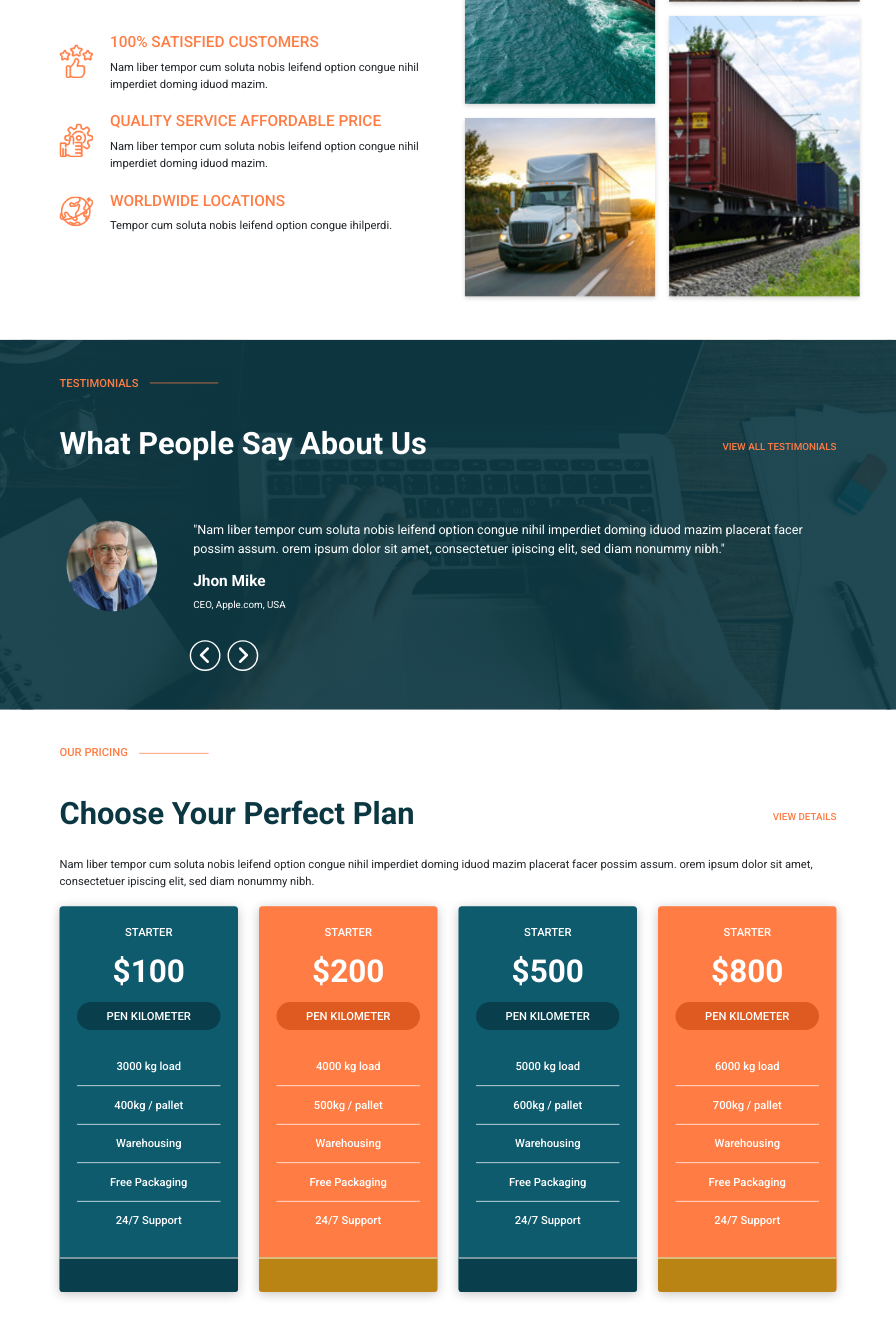
Repository: nazmulalok/shipping-theme
Page: index.html
These files come from the project's save history. The page is drawn as it stood at one moment and after the next save; the edit follows.
The browser window is 1280 px wide. The pictures show the part of the page from y = 2721 to 4641 px (the page is 4617 px tall before and 4641 px after), at 70% of full size.
Some web libraries are served in a nearby version.

Above is the page before, as saved 2022-10-09 16:01:58.

After the next save:
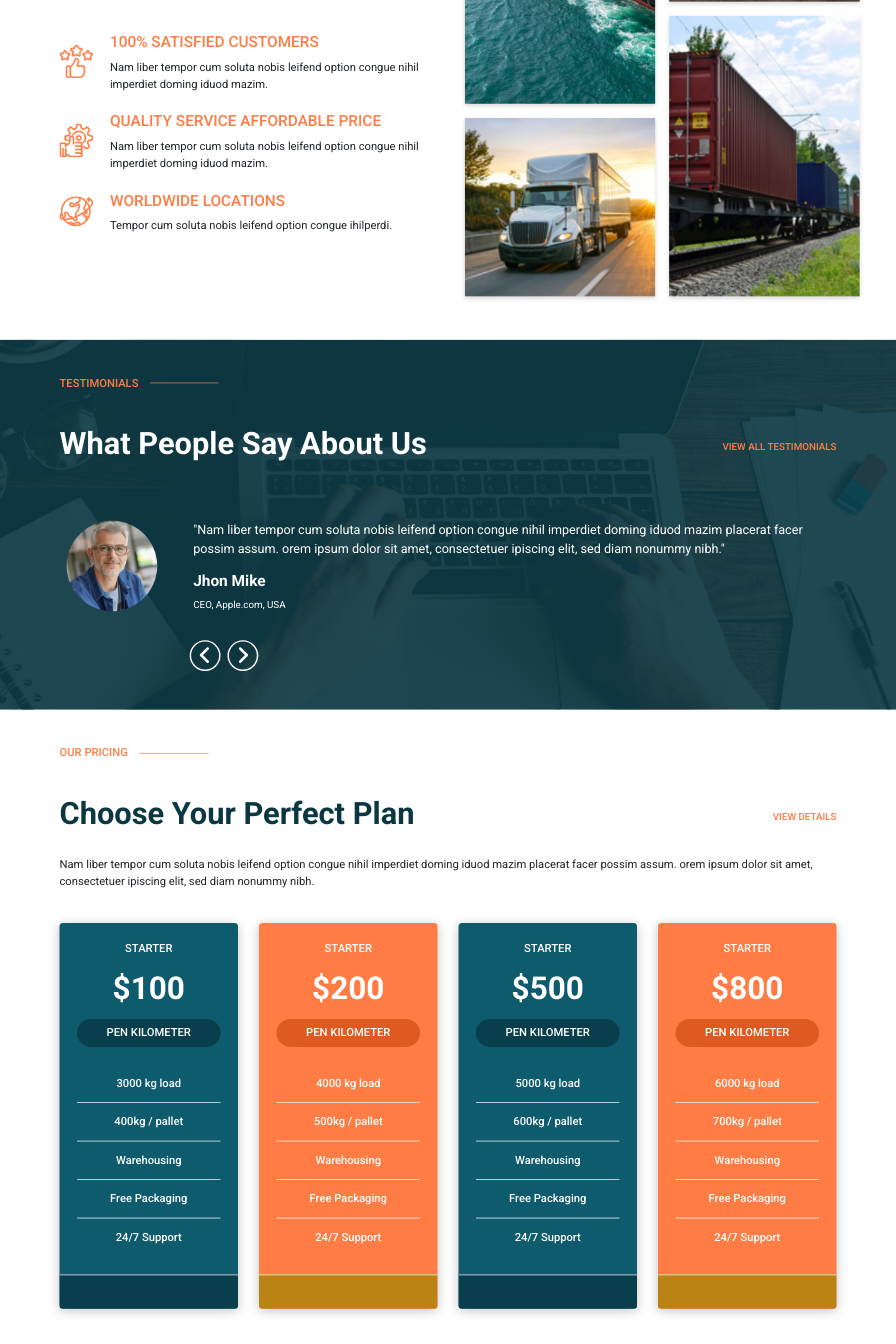
Saved 2 min 37 s later.
--- a/index.html
+++ b/index.html
@@ -346,7 +346,7 @@
                     mazim placerat
                     facer possim assum. orem ipsum dolor sit amet, consectetuer ipiscing elit, sed diam nonummy nibh.
                 </p>
-                <div class="row">
+                <div class="row mt-5">
                     <div class="col-lg-3">
                         <div class="common-box bg-blue">
                             <div class="content">
